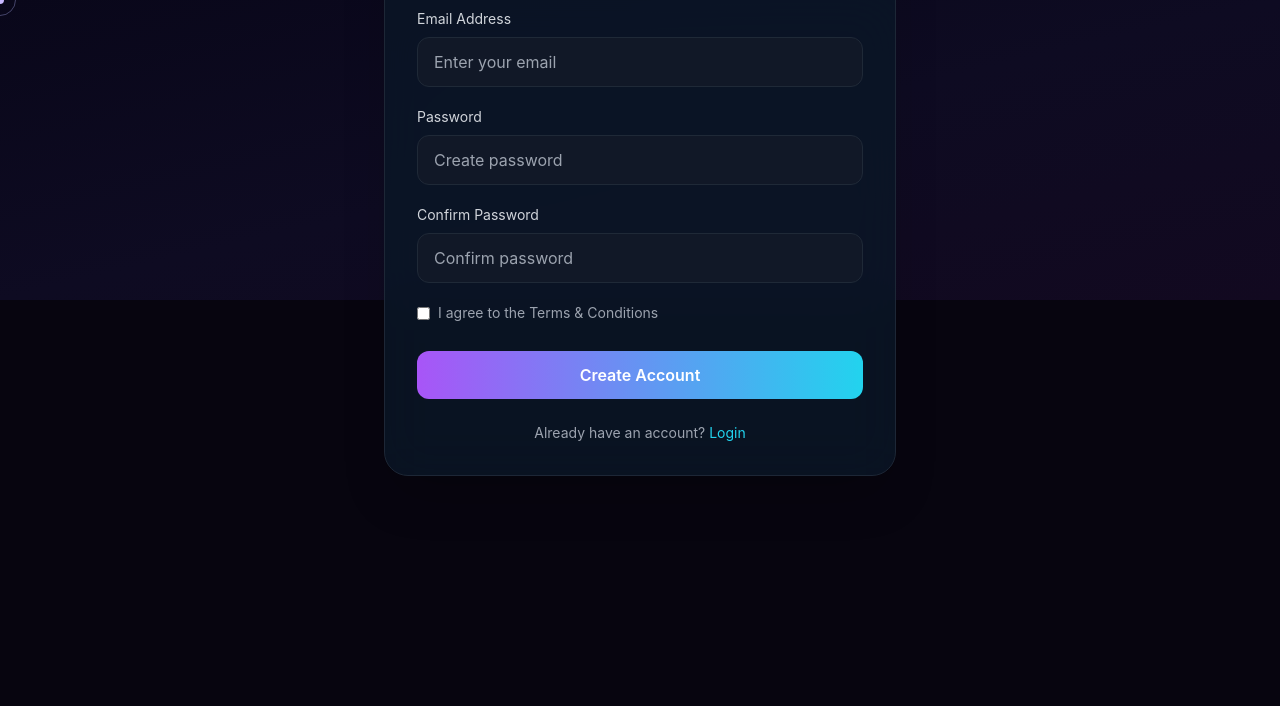
Repository: AMIREDDYRAKEY/chill-zone-
Page: /register
These files come from the project's save history. The page is drawn as it stood at one moment and after a run of saves; the edit follows.
The browser window is 1280 px wide. The pictures show the whole page.
The project was rebuilt for these pictures with package versions that can differ from the ones it lists, and the page was loaded fresh each time. Also part of the build but not shown: vite.config.js, src/components/Login.jsx, src/components/Navbar.jsx, src/components/Hero.jsx, src/components/Marquee.jsx, src/components/TabsMenu.jsx, src/components/Ourspecialites.jsx, src/components/Aboutus.jsx and 3 more.

Above is the page before, as saved 2026-05-07 14:38:10.

### index.html
<!doctype html>
<html lang="en">
  <head>
    <meta charset="UTF-8" />
    <link rel="icon" type="image/svg+xml" href="/favicon.svg" />
    <meta name="viewport" content="width=device-width, initial-scale=1.0" />
    <title>chill-zone</title>
  </head>
  <body class="">
    <div id="root"></div>
    <script type="module" src="/src/main.jsx"></script>
  </body>
</html>

### src/main.jsx
import { StrictMode } from 'react'
import { createRoot } from 'react-dom/client'
import './index.css'
import App from './App.jsx'
import { BrowserRouter } from 'react-router-dom';
// ── Custom Cursor ────────────────────────────────────────────────────
const dot  = document.createElement('div');
const ring = document.createElement('div');
dot.id  = 'custom-cursor';
ring.id = 'custom-cursor-ring';
document.body.appendChild(dot);
document.body.appendChild(ring);

let ringX = 0, ringY = 0;
let dotX  = 0, dotY  = 0;

document.addEventListener('mousemove', (e) => {
  dotX = e.clientX;
  dotY = e.clientY;
  dot.style.left = dotX + 'px';
  dot.style.top  = dotY + 'px';
});

// Smooth ring follow
const animateRing = () => {
  ringX += (dotX - ringX) * 0.12;
  ringY += (dotY - ringY) * 0.12;
  ring.style.left = ringX + 'px';
  ring.style.top  = ringY + 'px';
  requestAnimationFrame(animateRing);
};
animateRing();

// Hover effect on interactive elements
document.addEventListener('mouseover', (e) => {
  if (e.target.matches('a, button, [data-hover]')) {
    ring.classList.add('hovered');
    dot.style.opacity = '0.5';
  }
});
document.addEventListener('mouseout', (e) => {
  if (e.target.matches('a, button, [data-hover]')) {
    ring.classList.remove('hovered');
    dot.style.opacity = '1';
  }
});
// ────────────────────────────────────────────────────────────────────

createRoot(document.getElementById('root')).render(
  <StrictMode>
     <BrowserRouter>
    <App />
  </BrowserRouter>
  </StrictMode>,
)

### src/index.css
@tailwind base;
@tailwind components;
@tailwind utilities;

/* ── FONTS ────────────────────────────────────────────────────────── */
@import url('https://fonts.googleapis.com/css2?family=Inter:wght@300;400;500;600;700;800;900&family=Playfair+Display:ital,wght@0,700;1,700&display=swap');

/* ── BASE ─────────────────────────────────────────────────────────── */
*, *::before, *::after {
  box-sizing: border-box;
  cursor: none !important;
}

body {
  font-family: 'Inter', sans-serif;
  background: #07050f;
  color: #fff;
  overflow-x: hidden;
}

/* ── CUSTOM CURSOR ────────────────────────────────────────────────── */
#custom-cursor {
  position: fixed;
  top: 0; left: 0;
  width: 8px; height: 8px;
  background: #c8b8ff;
  border-radius: 50%;
  pointer-events: none;
  z-index: 99999;
  transform: translate(-50%, -50%);
  transition: transform 0.08s ease;

}

#custom-cursor-ring {
  position: fixed;
  top: 0; left: 0;
  width: 32px; height: 32px;
  border: 1.5px solid rgba(180, 184, 255, 0.35);
  border-radius: 50%;
  pointer-events: none;
  z-index: 99998;
  transform: translate(-50%, -50%);
}

#custom-cursor-ring.hovered {
  width: 48px; height: 48px;
  border-color: rgba(40, 184, 255, 0.6);
  transition: width 0.2s ease, height 0.2s ease, border-color 0.2s ease;
}

/* ── FLOAT WIND — very subtle ─────────────────────────────────────── */
@keyframes floatWind {
  0%   { transform: translateY(-80px) translateX(0) rotate(0deg);   opacity: 0;    }
  8%   {                                                              opacity: 0.12; }
  50%  { transform: translateY(48vh)  translateX(20px) rotate(160deg); opacity: 0.14; }
  100% { transform: translateY(108vh) translateX(-20px) rotate(320deg); opacity: 0;  }
}

/* ── ENTRANCE ANIMATIONS ──────────────────────────────────────────── */
@keyframes fadeUp {
  from { opacity: 0; transform: translateY(24px); }
  to   { opacity: 1; transform: translateY(0);     }
}

@keyframes fadeIn {
  from { opacity: 0; }
  to   { opacity: 1; }
}

@keyframes shimmer {
  0%   { background-position: -10% center; }
  100% { background-position:  200% center; }
}

@keyframes softPulse {
  0%, 100% { opacity: 0.85; }
  50%       { opacity: 1;    }
}

/* Utility classes */
.anim-fade-up   { animation: fadeUp 0.7s cubic-bezier(.22,.68,0,1.2) forwards; }
.anim-fade-up-1 { opacity:0; animation: fadeUp 0.7s cubic-bezier(.22,.68,0,1.2) 0.15s forwards; }
.anim-fade-up-2 { opacity:0; animation: fadeUp 0.7s cubic-bezier(.22,.68,0,1.2) 0.30s forwards; }
.anim-fade-up-3 { opacity:0; animation: fadeUp 0.7s cubic-bezier(.22,.68,0,1.2) 0.45s forwards; }
.anim-fade-up-4 { opacity:0; animation: fadeUp 0.7s cubic-bezier(.22,.68,0,1.2) 0.60s forwards; }

.text-shimmer {
  background: linear-gradient(
    90deg,
    #2f0dec 0%,
    #ce089c 30%,
    #dd87ec 50%,
    #846dd3 70%,
    #d82a8f 100%
  );
  background-size: 250% auto;
  -webkit-background-clip: text;
  -webkit-text-fill-color: transparent;
  background-clip: text;
  animation: shimmer 10s linear infinite;
}

/* .marquee-section {
  padding: 24px 0;
  overflow: hidden;
  border-top: 1px solid rgba(255,255,255,0.08);
  border-bottom: 1px solid rgba(255,255,255,0.08);
  background: rgba(6,182,212,0.03);
} */

.marquee-track {
  display: flex;
  gap: 48px;
  width: max-content;
  animation: scroll 25s linear infinite;
}

.marquee-item {
  display: flex;
  align-items: center;
  gap: 10px;
  white-space: nowrap;
  font-size: 15px;
  color: #94a3b8;
}

.marquee-dot {
  color: #06b6d4;
  font-size: 18px;
}

@keyframes scroll {
  0% { transform: translateX(0); }
  100% { transform: translateX(-50%); }
}


@keyframes marquee {
  0% {
    transform: translateX(0%);
  }
  100% {
    transform: translateX(-50%);
  }
}

.marquee-track {
  width: max-content;
  animation: marquee 35s linear infinite;
}
.marquee-track-reverse {
  width: max-content;
  animation: marquee 35s linear infinite reverse;
}

### src/App.jsx
import React from 'react'
import { Routes, Route } from 'react-router-dom'

import Navbar from './components/Navbar'
import Hero from './components/Hero'
import Marquee from './components/Marquee'
import Ourspecialites from './components/Ourspecialites'
import Aboutus from './components/Aboutus'
import Gallery from './components/Gallery'
import Feedback from './components/Feedback'
import Footer from './components/Footer'
import Login from './components/Login'
import Register from './components/Register'
// Home page (scroll)
const Home = () => (
  <>
    <section id="home">
      <Navbar/>
      <Hero />
      <Marquee />
    </section>

    <section id="menu" className="mt-10 pb-12">
      <Ourspecialites />
    </section>

    <section id="about" className="pb-10">
      <Aboutus />
    </section>

    <section id="gallery" className="pb-10">
      <Gallery />
    </section>

    <section id="reviews" className="pb-10">
      <Feedback />
    </section>
     <section id="cta"  >
      <Footer/>
    </section>
  </>
)

const App = () => {
  return (
    <div style={{ background: "linear-gradient(160deg, #09071a 0%, #0e0b22 60%, #120920 100%)" }}>



      <Routes>
        <Route path="/" element={<Home />} />
        <Route path="/login" element={<Login />} />
        <Route path="/register" element={<Register />} />
      </Routes>


    </div>
  )
}

export default App

### src/components/Register.jsx
// Register.jsx

import React from 'react'

const Register = () => {
  return (
    <div className="h-[300px] pb-[50px] flex items-center justify-center px-4 bg-gradient-to-br from-[#09071a] via-[#0e0b22] to-[#120920]">

      <div className="w-full max-w-lg bg-[#0a1727]/80 backdrop-blur-xl border border-[#1d2736] rounded-3xl p-8 shadow-2xl">

        {/* Heading */}
        <div className="text-center mb-8">
          <h1 className="text-4xl font-bold text-white">
            Join ChillZone 🍨
          </h1>

          <p className="text-[#7b8794] mt-3 text-sm">
            Create your account and enjoy sweet moments
          </p>
        </div>

        {/* Form */}
        <form className="flex flex-col gap-5">

          {/* Name */}
          <div>
            <label className="text-sm text-gray-300 mb-2 block">
              Full Name
            </label>

            <input
              type="text"
              placeholder="Enter your name"
              className="w-full px-4 py-3 rounded-xl bg-[#111827] border border-[#1f2937] text-white outline-none focus:border-purple-400 transition"
            />
          </div>

          {/* Email */}
          <div>
            <label className="text-sm text-gray-300 mb-2 block">
              Email Address
            </label>

            <input
              type="email"
              placeholder="Enter your email"
              className="w-full px-4 py-3 rounded-xl bg-[#111827] border border-[#1f2937] text-white outline-none focus:border-purple-400 transition"
            />
          </div>

          {/* Password */}
          <div>
            <label className="text-sm text-gray-300 mb-2 block">
              Password
            </label>

            <input
              type="password"
              placeholder="Create password"
              className="w-full px-4 py-3 rounded-xl bg-[#111827] border border-[#1f2937] text-white outline-none focus:border-purple-400 transition"
            />
          </div>

          {/* Confirm */}
          <div>
            <label className="text-sm text-gray-300 mb-2 block">
              Confirm Password
            </label>

            <input
              type="password"
              placeholder="Confirm password"
              className="w-full px-4 py-3 rounded-xl bg-[#111827] border border-[#1f2937] text-white outline-none focus:border-purple-400 transition"
            />
          </div>

          {/* Terms */}
          <label className="flex items-center gap-2 text-sm text-gray-400">
            <input type="checkbox" />
            I agree to the Terms & Conditions
          </label>

          {/* Button */}
          <button
            type="submit"
            className="mt-2 py-3 rounded-xl bg-gradient-to-r from-purple-500 to-cyan-400 text-white font-semibold hover:scale-[1.02] transition-all duration-300"
          >
            Create Account
          </button>

        </form>

        {/* Bottom */}
        <p className="text-center text-sm text-gray-400 mt-6">
          Already have an account?
          <span className="text-cyan-400 cursor-pointer hover:underline ml-1">
            Login
          </span>
        </p>

      </div>

    </div>
  )
}

export default Register

### tailwind.config.js
/** @type {import('tailwindcss').Config} */
module.exports = {
  content: [
    "./index.html",
    "./src/**/*.{js,jsx,ts,tsx}",
  ],
  theme: {
    extend: {
      keyframes: {
        floatWind: {
          "0%": {
            transform: "translateY(100vh) translateX(0px) rotate(0deg)",
            opacity: "0",
          },
          "10%": { opacity: "0.4" },
          "50%": {
            transform: "translateY(50vh) translateX(40px) rotate(180deg)",
          },
          "100%": {
            transform: "translateY(-120px) translateX(-40px) rotate(360deg)",
            opacity: "0",
          },
        },
      },
      animation: {
        floatWind: "floatWind 15s linear infinite",
      },
    },
  },
  plugins: [],
};

After the next 2 saves:
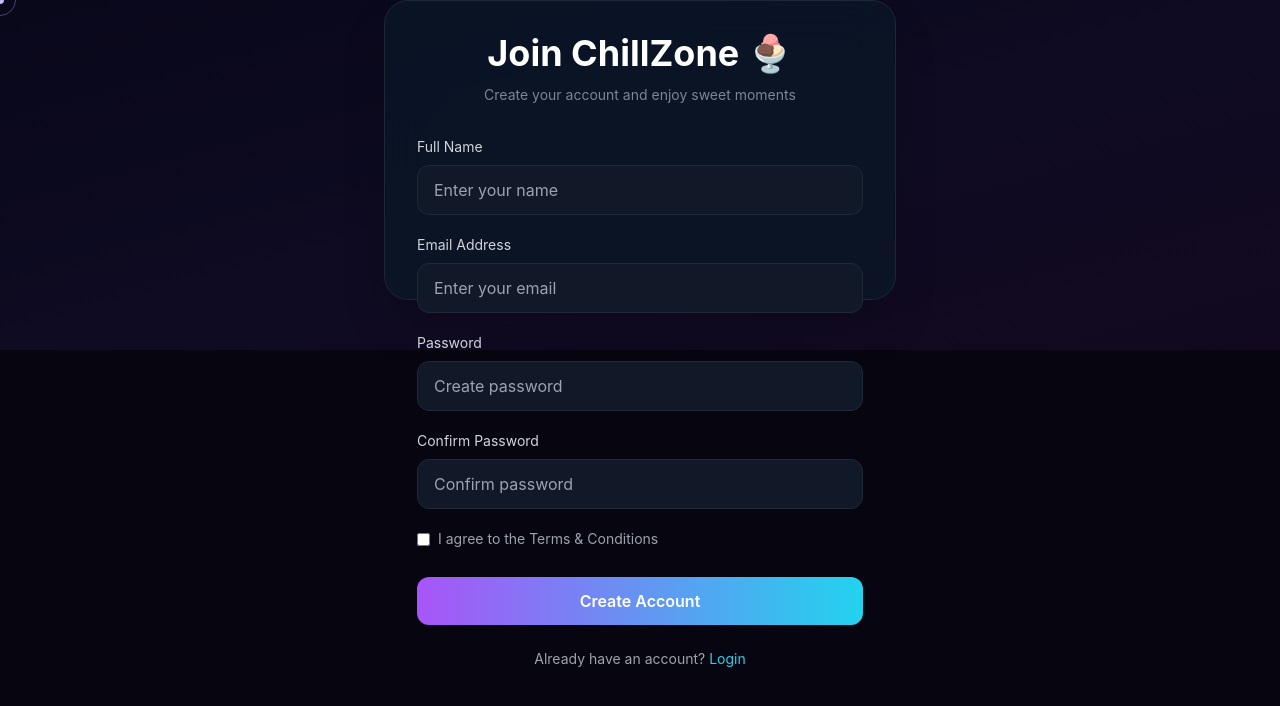
The 2 saves are shown as one change because they came seconds apart.
The last was saved 17 s later.
--- a/src/components/Register.jsx
+++ b/src/components/Register.jsx
@@ -4,9 +4,9 @@ import React from 'react'
 
 const Register = () => {
   return (
-    <div className="h-[300px] pb-[50px] flex items-center justify-center px-4 bg-gradient-to-br from-[#09071a] via-[#0e0b22] to-[#120920]">
+    <div className=" pb-[50px] flex items-center justify-center px-4 bg-gradient-to-br from-[#09071a] via-[#0e0b22] to-[#120920]">
 
-      <div className="w-full max-w-lg bg-[#0a1727]/80 backdrop-blur-xl border border-[#1d2736] rounded-3xl p-8 shadow-2xl">
+      <div className="w-full h-[300px] max-w-lg bg-[#0a1727]/80 backdrop-blur-xl border border-[#1d2736] rounded-3xl p-8 shadow-2xl">
 
         {/* Heading */}
         <div className="text-center mb-8">
